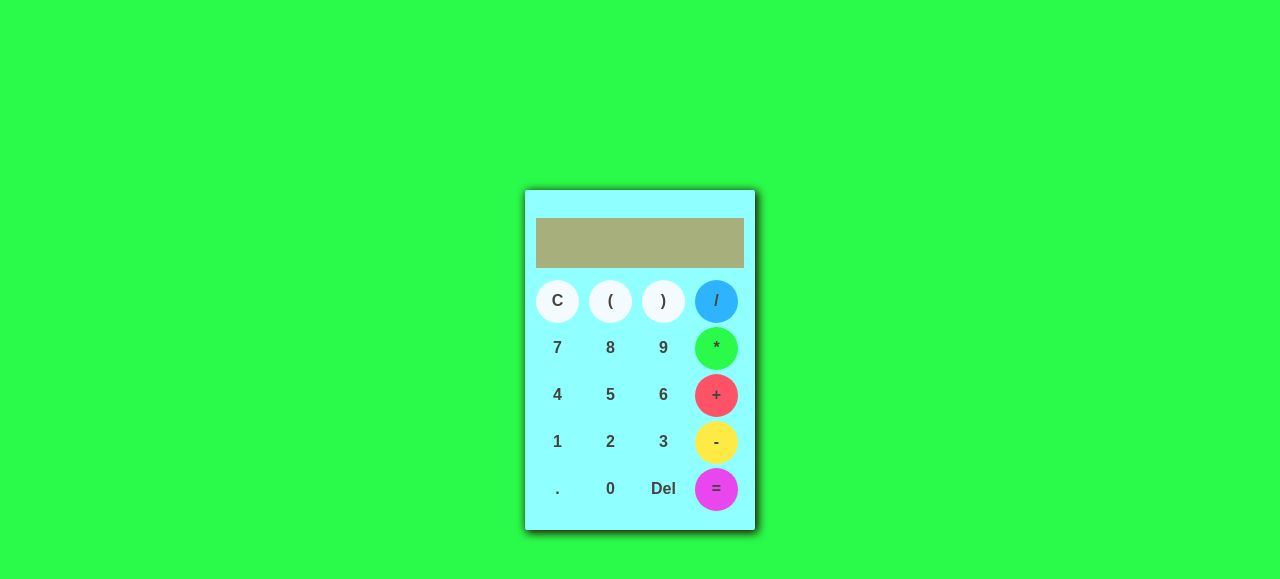
Repository: ServerK001/CalcJsVanilha
Page: index.html
An editor plug-in stored every save of this project. The page is shown before and after the next save, followed by the edit.
The browser window is 1280 px wide. The pictures show the whole page.

Above is the page before, as saved 2022-02-15 18:41:47.

### index.html
<!DOCTYPE html>
<html lang="pt-br">
<head>
    <meta charset="UTF-8">
    <meta http-equiv="X-UA-Compatible" content="IE=edge">
    <meta name="viewport" content="width=device-width, initial-scale=1.0">
    <script src="index.js" ></script>
    <link rel="stylesheet" href="style.css">


    <title>Calculadora</title>
</head>
<body>

        <section class="conteiner">


            <table class="calculadora">
                <tr>
                    <td colspan="4"><input type="text" class="display"></td>
                </tr>

                <tr>
                    <td><button class="btn btn_1 btn-clear">C</button></td>
                    <td><button class="btn btn_1 btn-num">(</button></td>
                    <td><button class="btn btn_1 btn-num">)</button></td>
                    <td><button class="btn btn_2 btn-num">/</button></td>
                </tr>

                <tr>
                    <td><button class="btn btn-num">7</button></td>
                    <td><button class="btn btn-num">8</button></td>
                    <td><button class="btn btn-num">9</button></td>
                    <td><button class="btn btn_3 btn-num">*</button></td>
                </tr>
                <tr>
                    <td><button class="btn btn-num">4</button></td>
                    <td><button class="btn btn-num">5</button></td>
                    <td><button class="btn btn-num">6</button></td>
                    <td><button class="btn btn_4 btn-num">+</button></td>
                </tr>
                <tr>
                    <td><button class="btn btn-num">1</button></td>
                    <td><button class="btn btn-num">2</button></td>
                    <td><button class="btn btn-num">3</button></td>
                    <td><button class="btn btn_5 btn-num">-</button></td>
                </tr>
                <tr>
                    <td><button class="btn  btn-num">.</button></td>
                    <td><button class="btn btn-num">0</button></td>
                    <td><button class="btn btn-del">Del</button></td>
                    <td><button class="btn btn_6 btn-num">=</button></td>
                </tr>

            </table>


        </section>

        <div class="vidro">
            dsads
        </div>
        <div class="vidro_2">
            dsads
        </div>

</body>
</html>

### index.js
console.log('Olá mundo')

### style.css
@font-face { font-family: DisplayOFT;
    src: url('./font/DisplayOTF.otf'); }

:root{
    --btn: #44443c;
    --font-display:#435338;
    --displayBG:#a7af7c;
    --bgCalc:#90FFFF;
    --bgConteiner:#5b5b5b;

    /*Bootuns Colors*/

    --btn_1:#F4FBFF;
    --btn_2:#2EB4FF;
    --btn_3:#2AFB4B;
    --btn_4:#FE5367;
    --btn_5:#FDEA44;
    --btn_6:#EA46ED;
    --btnHover: #c5e9fd;




}

.display{

    font-size: 1rem;
    width: 100%;
    height: 50px;
    text-align: right;
    font-family: "DisplayOFT";
    font-size: 1.5rem;
    color: var(--font-display);
    background-color: var(--displayBG);

        border: none;
}

input[type=text] {
    width: 100%;
    padding: 12px 20px;
    margin: 8px 0;
    box-sizing: border-box;
    transition: 0.3s;

  }
  input[type=text]:focus {
        height: 52px;

  }

.btn{
    font-size: 1rem;
    font-weight: bold;
    color:var(--btn);
    background-color: var(--bgBtn);
    padding: 0.5rem ;
    border-radius: 50%;
    align-items: center;
    border: none;
    height: 43px;
    width: 43px;
    text-align: center;
    transition: 0.3s;
}.btn:hover{
    background-color: var(--btnHover) ;
}


.calculadora{
    display: flex;
    align-items: center;
    justify-content: center;
    background-color: var(--bgCalc);
    padding: 0.5rem;
    height: 340px;
    width: 230px;
    border-radius: 2px;
    box-shadow: 2px 2px 10px 1px #240502;
    z-index: 1;

}


.body{
    background-color: var(--bgConteiner);
    padding: 1rem;
}

.btn_1{background-color:var(--btn_1)}
.btn_2{background-color:var(--btn_2)}
.btn_3{background-color:var(--btn_3)}
.btn_4{background-color:var(--btn_4)}
.btn_5{background-color:var(--btn_5)}
.btn_6{background-color:var(--btn_6)}

.conteiner{
    display: flex;
    align-items: center;
    justify-content: center;
    height: 100vh;
    background-color: #2AFB4B;
}




html, body{
    box-sizing:none;
    margin: 0 auto;
    border: none;
    padding: 0;
    line-height: 1;


}



.vidro{
	width: 5rem;
	height: 5rem;
	box-shadow: 0 0 1rem 0 rgba(0, 0, 0, .2);
	border-radius: 50%;
	position: absolute;
    top: 50vh;
    left: 85vh;
	z-index: 0;
	background: inherit;
	overflow: hidden;
}

.vidro_2{
	width: 5rem;
	height: 5rem;
	box-shadow: 0 0 1rem 0 rgba(0, 0, 0, .2);
	border-radius: 50%;
	position: absolute;
    top: 50vh;
    right: 85vh;
	z-index: 0;
	background: inherit;
	overflow: hidden;
}

After the next save:
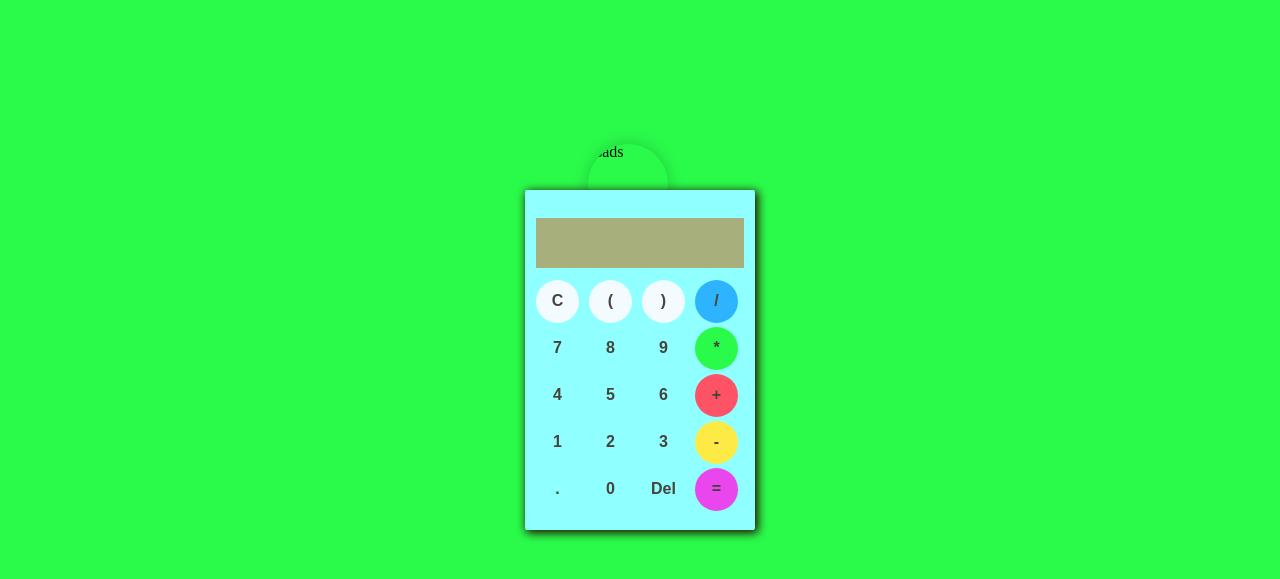
Saved 8 s later.
--- a/style.css
+++ b/style.css
@@ -137,7 +137,7 @@ html, body{
 	box-shadow: 0 0 1rem 0 rgba(0, 0, 0, .2);
 	border-radius: 50%;
 	position: absolute;
-    top: 50vh;
+    top: 20vh;
     right: 85vh;
 	z-index: 0;
 	background: inherit;
